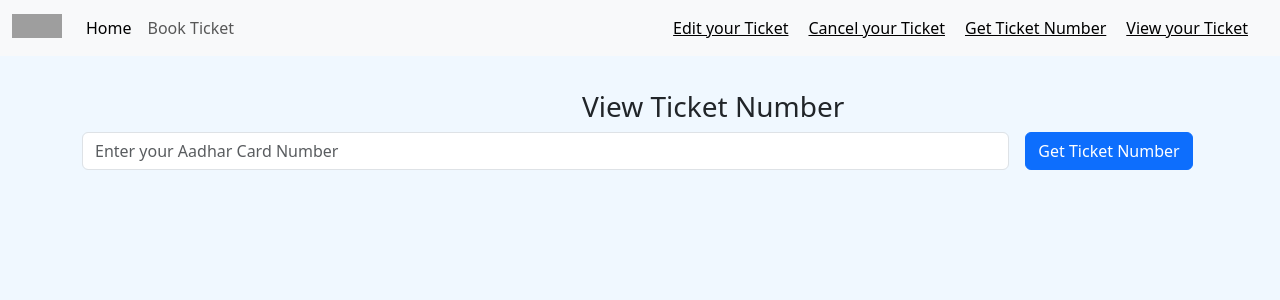
Repository: MayankSardana/Book-My-Ticket
Page: http://localhost/Number
These files come from the project's save history. The page is drawn as it stood at one moment and after the next save; the edit follows.
The browser window is 1280 px wide. The pictures show the whole page.
Pictures or frames that could not be fetched are drawn as grey boxes. The page is this project's Thymeleaf template; nobody is signed in. The template is opened directly, without the code that normally fills it, so the values that code supplies are empty.

Above is the page before, as saved 2024-07-02 09:26:20.

After the next save:
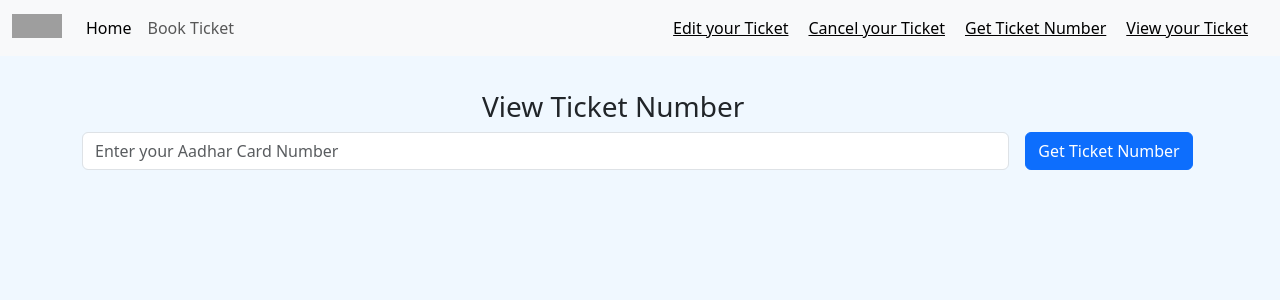
Saved 10 s later.
--- a/BookMyTicket/src/main/resources/templates/Number.html
+++ b/BookMyTicket/src/main/resources/templates/Number.html
@@ -8,7 +8,7 @@
     <style>
         .hh{
               margin-top: 10px;
-              margin-left:500px;
+              margin-left:400px;
         }
 
         .a{
